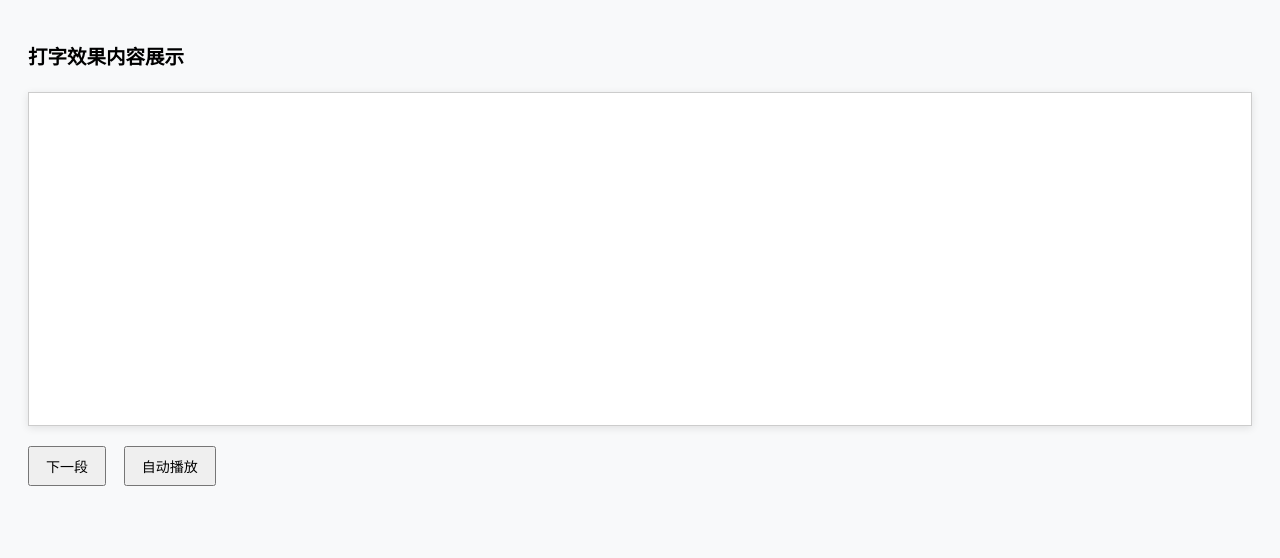
Repository: li-2019220129/test-editor
Page: index.html
These files come from the project's save history. The page is drawn as it stood at one moment and after the next save; the edit follows.
The browser window is 1280 px wide. The pictures show the whole page.

Above is the page before, as saved 2025-06-05 20:57:15.

### index.html
<!DOCTYPE html>
<html lang="zh">
  <head>
    <meta charset="UTF-8" />
    <title>逐段打字展示内容</title>
    <style>
      body {
        font-family: monospace;
        line-height: 1.6;
        padding: 20px;
        background-color: #f8f9fa;
      }
      #output {
        white-space: pre-wrap;
        background: #fff;
        border: 1px solid #ccc;
        padding: 16px;
        min-height: 300px;
        max-height: 80vh;
        overflow-y: auto;
        box-shadow: 0 2px 8px rgba(0, 0, 0, 0.1);
      }
      #controls {
        margin-top: 20px;
      }
      button {
        padding: 8px 16px;
        margin-right: 10px;
        font-size: 14px;
        cursor: pointer;
      }
    </style>
  </head>
  <body>
    <h2>打字效果内容展示</h2>
    <div id="output"></div>

    <div id="controls">
      <button id="nextBtn">下一段</button>
      <button id="autoBtn">自动播放</button>
    </div>

    <script>
      const rawStr = `{"step":"rewrittenMessage","phase":"start"}{"step":"rewrittenMessage","phase":"end","content":"手机的评分怎么样"}{"step":"intentCheck","phase":"start"}{"step":"intentCheck","phase":"end","content":"产品查询"}{"step":"ragQuery","phase":"start"}{"content":"[page 0 begin]许可项目\\n手机 许可计划\\n了解更多\\nWi-Fi许可计划\\n了解更多\\n蜂窝物联网许可计划\\n了解更多\\n创新投入与知识产权成果\\n持续创新投入是华为基业长青的基石，华为高度重视技术创新与研究，坚持将每年收入的10%以上投入到研发，过去三年，高达20%以上。GLOMO罪行啊社会去额前额为。[page 0  end][page 1 begin] 手机 与穿戴\\n 手机 沙发沙发萨佛安排微软撒入啊无胚乳[page 1 end][page 2 begin]手机 许可计划\\n我啊啊啊二啊飞机票委任为如哇让啊二哦啊二app奥佩容儿偶尔譬如怕我[page 2 end]","source_url":["www.baidu.com","kweweb-rhsl.huawei.com/cn/products/connectivity/smartphone-wearable.html"],"source_title":["666","手机与穿戴","手机许可计划"]}{"step":"finalSummary","phase":"start"}{"content":"安抚还饿沙俄我日哦安慰后悔阿尔文然后五花肉为安徽让我i和啊我日哈我让毫无热火华为偶然好温柔好温柔和哈我而忽然。"}{"step":"finalSummary","phase":"end"}`;

      const jsonObjects = rawStr.match(/({.*?})(?={|$)/gs) || [];
      const parsedObjects = jsonObjects
        .map((str) => {
          try {
            return JSON.parse(str);
          } catch {
            return null;
          }
        })
        .filter((obj) => obj && obj.content);

      const output = document.getElementById("output");
      const nextBtn = document.getElementById("nextBtn");
      const autoBtn = document.getElementById("autoBtn");

      let currentIndex = 0;
      let autoPlaying = false;

      // 打字效果函数
      async function typeText(text, container, delay = 20) {
        for (let i = 0; i < text.length; i++) {
          container.textContent += text[i];
          container.scrollTop = container.scrollHeight;
          await new Promise((resolve) => setTimeout(resolve, delay));
        }
        container.textContent += "\n\n";
        container.scrollTop = container.scrollHeight;
      }

      async function showNextContent() {
        if (currentIndex >= parsedObjects.length) return;

        const span = document.createElement("span");
        output.appendChild(span);
        const content = parsedObjects[currentIndex].content;
        await typeText(content, span, 20);
        currentIndex++;
      }

      nextBtn.addEventListener("click", async () => {
        if (!autoPlaying) {
          await showNextContent();
        }
      });

      autoBtn.addEventListener("click", async () => {
        if (autoPlaying) return;
        autoPlaying = true;
        autoBtn.disabled = true;
        nextBtn.disabled = true;

        while (currentIndex < parsedObjects.length) {
          await showNextContent();
          await new Promise((resolve) => setTimeout(resolve, 400)); // 每段之间间隔
        }

        autoPlaying = false;
      });
    </script>
  </body>
</html>

After the next save:
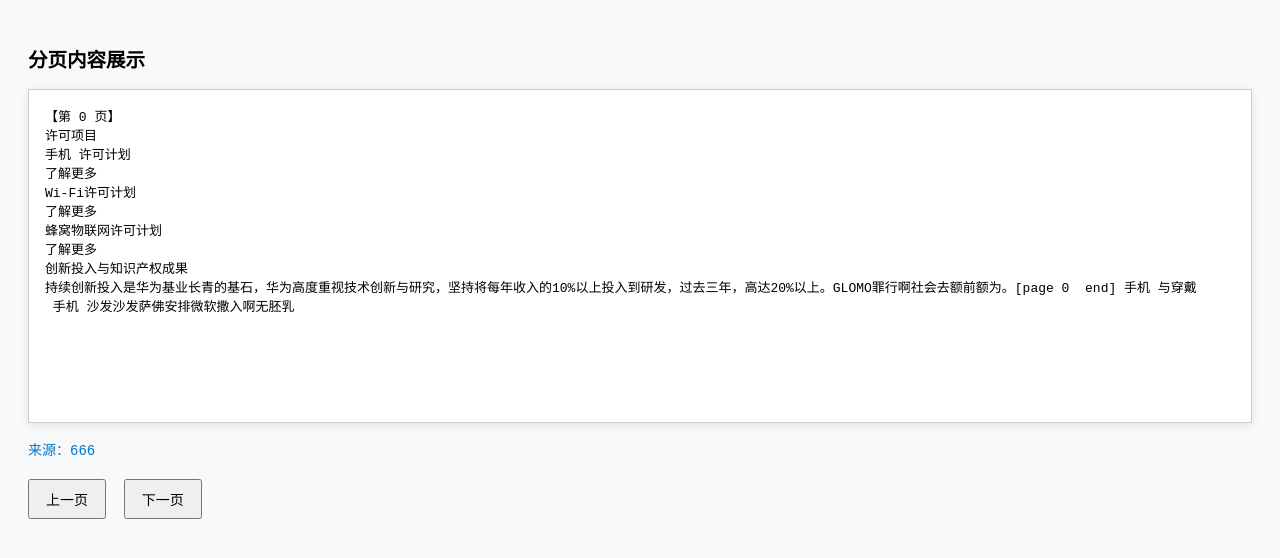
Saved 112 s later.
--- a/index.html
+++ b/index.html
@@ -2,11 +2,10 @@
 <html lang="zh">
   <head>
     <meta charset="UTF-8" />
-    <title>逐段打字展示内容</title>
+    <title>分页打字展示</title>
     <style>
       body {
         font-family: monospace;
-        line-height: 1.6;
         padding: 20px;
         background-color: #f8f9fa;
       }
@@ -16,7 +15,7 @@
         border: 1px solid #ccc;
         padding: 16px;
         min-height: 300px;
-        max-height: 80vh;
+        max-height: 70vh;
         overflow-y: auto;
         box-shadow: 0 2px 8px rgba(0, 0, 0, 0.1);
       }
@@ -29,21 +28,34 @@
         font-size: 14px;
         cursor: pointer;
       }
+      #sourceLinks {
+        margin-top: 16px;
+        font-size: 14px;
+      }
+      #sourceLinks a {
+        color: #0077cc;
+        text-decoration: none;
+        display: block;
+        margin-bottom: 4px;
+      }
     </style>
   </head>
   <body>
-    <h2>打字效果内容展示</h2>
+    <h2>分页内容展示</h2>
     <div id="output"></div>
+    <div id="sourceLinks"></div>
 
     <div id="controls">
-      <button id="nextBtn">下一段</button>
-      <button id="autoBtn">自动播放</button>
+      <button id="prevBtn">上一页</button>
+      <button id="nextBtn">下一页</button>
     </div>
 
     <script>
-      const rawStr = `{"step":"rewrittenMessage","phase":"start"}{"step":"rewrittenMessage","phase":"end","content":"手机的评分怎么样"}{"step":"intentCheck","phase":"start"}{"step":"intentCheck","phase":"end","content":"产品查询"}{"step":"ragQuery","phase":"start"}{"content":"[page 0 begin]许可项目\\n手机 许可计划\\n了解更多\\nWi-Fi许可计划\\n了解更多\\n蜂窝物联网许可计划\\n了解更多\\n创新投入与知识产权成果\\n持续创新投入是华为基业长青的基石，华为高度重视技术创新与研究，坚持将每年收入的10%以上投入到研发，过去三年，高达20%以上。GLOMO罪行啊社会去额前额为。[page 0  end][page 1 begin] 手机 与穿戴\\n 手机 沙发沙发萨佛安排微软撒入啊无胚乳[page 1 end][page 2 begin]手机 许可计划\\n我啊啊啊二啊飞机票委任为如哇让啊二哦啊二app奥佩容儿偶尔譬如怕我[page 2 end]","source_url":["www.baidu.com","kweweb-rhsl.huawei.com/cn/products/connectivity/smartphone-wearable.html"],"source_title":["666","手机与穿戴","手机许可计划"]}{"step":"finalSummary","phase":"start"}{"content":"安抚还饿沙俄我日哦安慰后悔阿尔文然后五花肉为安徽让我i和啊我日哈我让毫无热火华为偶然好温柔好温柔和哈我而忽然。"}{"step":"finalSummary","phase":"end"}`;
+      const rawData = `{"step":"rewrittenMessage","phase":"start"}{"step":"rewrittenMessage","phase":"end","content":"手机的评分怎么样"}{"step":"intentCheck","phase":"start"}{"step":"intentCheck","phase":"end","content":"产品查询"}{"step":"ragQuery","phase":"start"}{"content":"[page 0 begin]许可项目\\n手机 许可计划\\n了解更多\\nWi-Fi许可计划\\n了解更多\\n蜂窝物联网许可计划\\n了解更多\\n创新投入与知识产权成果\\n持续创新投入是华为基业长青的基石，华为高度重视技术创新与研究，坚持将每年收入的10%以上投入到研发，过去三年，高达20%以上。GLOMO罪行啊社会去额前额为。[page 0  end][page 1 begin] 手机 与穿戴\\n 手机 沙发沙发萨佛安排微软撒入啊无胚乳[page 1 end][page 2 begin]手机 许可计划\\n我啊啊啊二啊飞机票委任为如哇让啊二哦啊二app奥佩容儿偶尔譬如怕我[page 2 end]","source_url":["www.baidu.com","kweweb-rhsl.huawei.com/cn/products/connectivity/smartphone-wearable.html"],"source_title":["666","手机与穿戴","手机许可计划"]}{"step":"finalSummary","phase":"start"}{"content":"安抚还饿沙俄我日哦安慰后悔阿尔文然后五花肉为安徽让我i和啊我日哈我让毫无热火华为偶然好温柔好温柔和哈我而忽然。"}{"step":"finalSummary","phase":"end"}`;
 
-      const jsonObjects = rawStr.match(/({.*?})(?={|$)/gs) || [];
+      const jsonObjects = rawData.match(/({.*?})(?={|$)/gs) || [];
+
+      // 解析所有 JSON 对象
       const parsedObjects = jsonObjects
         .map((str) => {
           try {
@@ -52,55 +64,75 @@
             return null;
           }
         })
-        .filter((obj) => obj && obj.content);
+        .filter(Boolean);
+
+      // 提取 ragQuery 步骤中的 content/source 信息
+      const ragObj = parsedObjects.find((obj) =>
+        obj.content?.includes("[page 0 begin]")
+      );
+      const pages = [];
+      if (ragObj?.content) {
+        const pageMatches = ragObj.content.match(
+          /\[page \d+ begin](.*?)\[page \d+ end]/gs
+        );
+        pageMatches?.forEach((match, idx) => {
+          const content = match.replace(/\[page \d+ (begin|end)]/g, "").trim();
+          pages.push(content);
+        });
+      }
+
+      const sourceTitles = ragObj?.source_title || [];
+      const sourceUrls = ragObj?.source_url || [];
 
       const output = document.getElementById("output");
+      const sourceLinks = document.getElementById("sourceLinks");
       const nextBtn = document.getElementById("nextBtn");
-      const autoBtn = document.getElementById("autoBtn");
+      const prevBtn = document.getElementById("prevBtn");
 
-      let currentIndex = 0;
-      let autoPlaying = false;
+      let currentPage = 0;
 
-      // 打字效果函数
       async function typeText(text, container, delay = 20) {
+        container.textContent = "";
         for (let i = 0; i < text.length; i++) {
           container.textContent += text[i];
           container.scrollTop = container.scrollHeight;
           await new Promise((resolve) => setTimeout(resolve, delay));
         }
-        container.textContent += "\n\n";
-        container.scrollTop = container.scrollHeight;
       }
 
-      async function showNextContent() {
-        if (currentIndex >= parsedObjects.length) return;
+      function renderPage(index) {
+        if (index < 0 || index >= pages.length) return;
+        currentPage = index;
+        const pageContent = pages[index];
+        const title = `【第 ${index} 页】\n`;
 
-        const span = document.createElement("span");
-        output.appendChild(span);
-        const content = parsedObjects[currentIndex].content;
-        await typeText(content, span, 20);
-        currentIndex++;
+        typeText(title + pageContent, output, 20);
+
+        // 清空并重新渲染 source link
+        sourceLinks.innerHTML = "";
+        if (sourceTitles[index] && sourceUrls[index]) {
+          const a = document.createElement("a");
+          a.href = sourceUrls[index];
+          a.textContent = `来源：${sourceTitles[index]}`;
+          a.target = "_blank";
+          sourceLinks.appendChild(a);
+        }
       }
 
-      nextBtn.addEventListener("click", async () => {
-        if (!autoPlaying) {
-          await showNextContent();
+      nextBtn.onclick = () => {
+        if (currentPage < pages.length - 1) {
+          renderPage(currentPage + 1);
         }
-      });
+      };
 
-      autoBtn.addEventListener("click", async () => {
-        if (autoPlaying) return;
-        autoPlaying = true;
-        autoBtn.disabled = true;
-        nextBtn.disabled = true;
+      prevBtn.onclick = () => {
+        if (currentPage > 0) {
+          renderPage(currentPage - 1);
+        }
+      };
 
-        while (currentIndex < parsedObjects.length) {
-          await showNextContent();
-          await new Promise((resolve) => setTimeout(resolve, 400)); // 每段之间间隔
-        }
-
-        autoPlaying = false;
-      });
+      // 初始化展示第一页
+      renderPage(0);
     </script>
   </body>
 </html>
